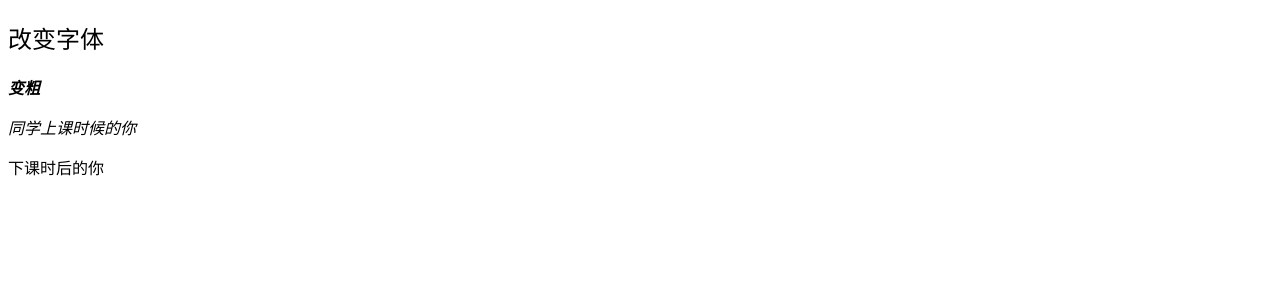
Repository: Qwenicq/My_project
Page: html/CSS_Learnin/03.html
An editor plug-in stored every save of this project. The page is shown before and after the next save, followed by the edit.
The browser window is 1280 px wide. The pictures show the whole page.

Above is the page before, as saved 2023-03-30 21:51:51.

After the next save:
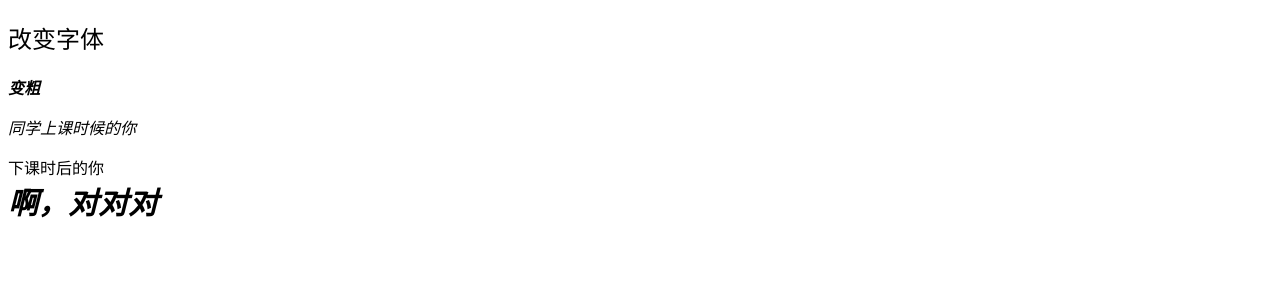
Saved 2 min 55 s later.
--- a/html/CSS_Learnin/03.html
+++ b/html/CSS_Learnin/03.html
@@ -17,7 +17,14 @@
             font-style: italic;
         }
         em {
+            /* 将倾斜的字体修正回来 */
             font-style: normal;
+        }
+        div {
+            font-style: italic;
+            font-size: 30px;
+            font-weight: 700;
+            font-family: 'Microsoft yahei';
         }
     </style>
 </head>
@@ -26,5 +33,6 @@
     <p class="bold">变粗</p>
     <p>同学上课时候的你</p>
     <em>下课时后的你</em>
+    <div>啊，对对对</div>
 </body>
 </html>
